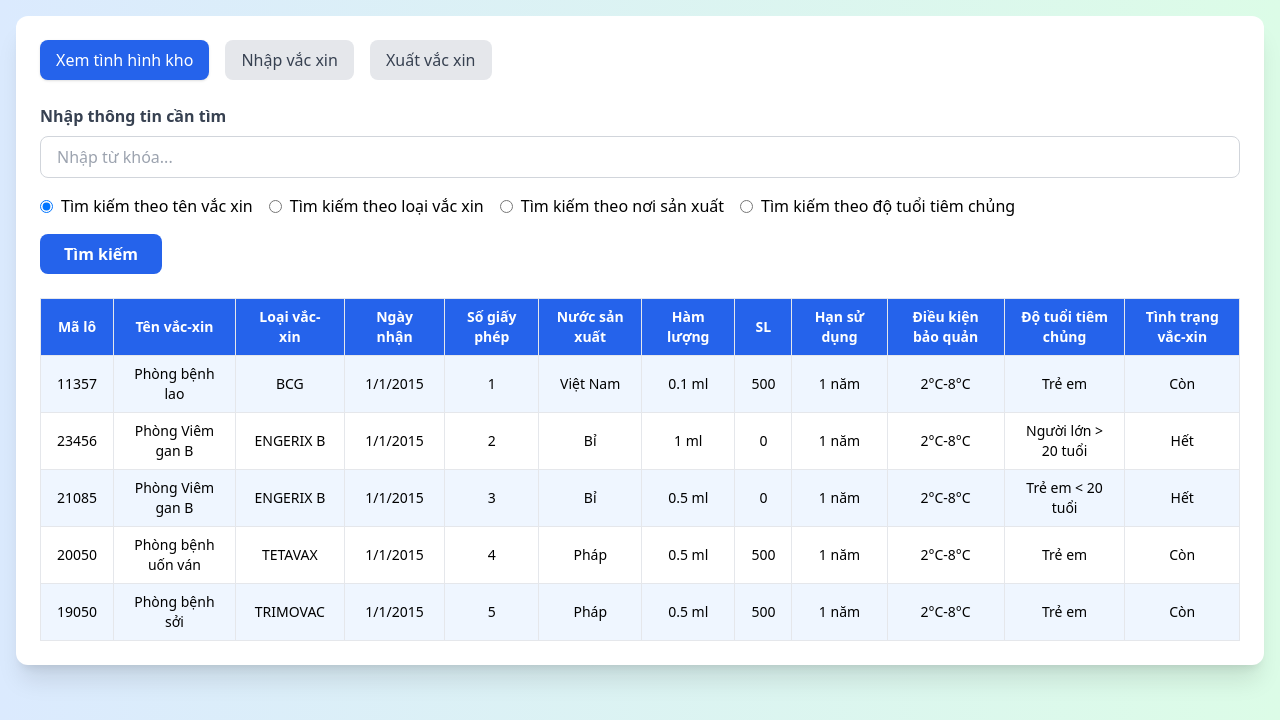
Repository: junior-viet-tri-dao/vaccination-project
Page: vaccination/bin/src/main/resources/templates/warehouse.html
These files come from the project's save history. The page is drawn as it stood at one moment and after the next save; the edit follows.
The browser window is 1280 px wide. The pictures show the whole page.
Some web libraries are served in a nearby version.

Above is the page before, as saved 2025-09-03 21:16:49.

After the next save:
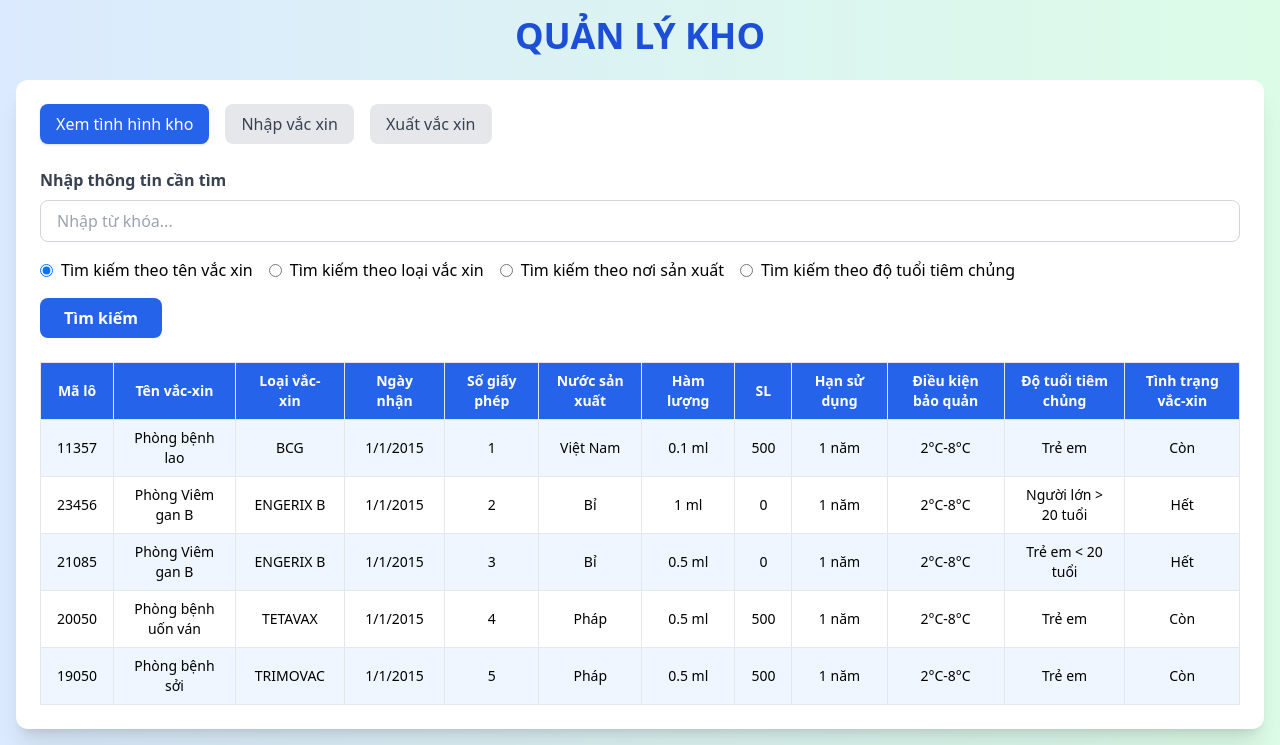
Saved 8 min 25 s later.
--- a/vaccination/bin/src/main/resources/templates/warehouse.html
+++ b/vaccination/bin/src/main/resources/templates/warehouse.html
@@ -7,6 +7,13 @@
         <script src="https://cdn.tailwindcss.com"></script>
     </head>
     <body class="bg-gradient-to-r from-blue-100 to-green-100 min-h-screen p-4">
+        <!-- Tiêu đề trang -->
+        <div class="max-w-7xl mx-auto mb-6">
+            <h1 class="text-4xl font-bold text-blue-700 text-center uppercase">
+                Quản lý kho
+            </h1>
+        </div>
+
         <div class="max-w-7xl mx-auto bg-white shadow-xl rounded-xl p-6">
             <!-- Tabs -->
             <div class="flex space-x-4 mb-6">
@@ -86,7 +93,6 @@
                     Tìm kiếm
                 </button>
             </div>
-
             <!-- Bảng dữ liệu -->
             <div class="overflow-x-auto">
                 <table class="min-w-full table-auto border border-gray-300">
